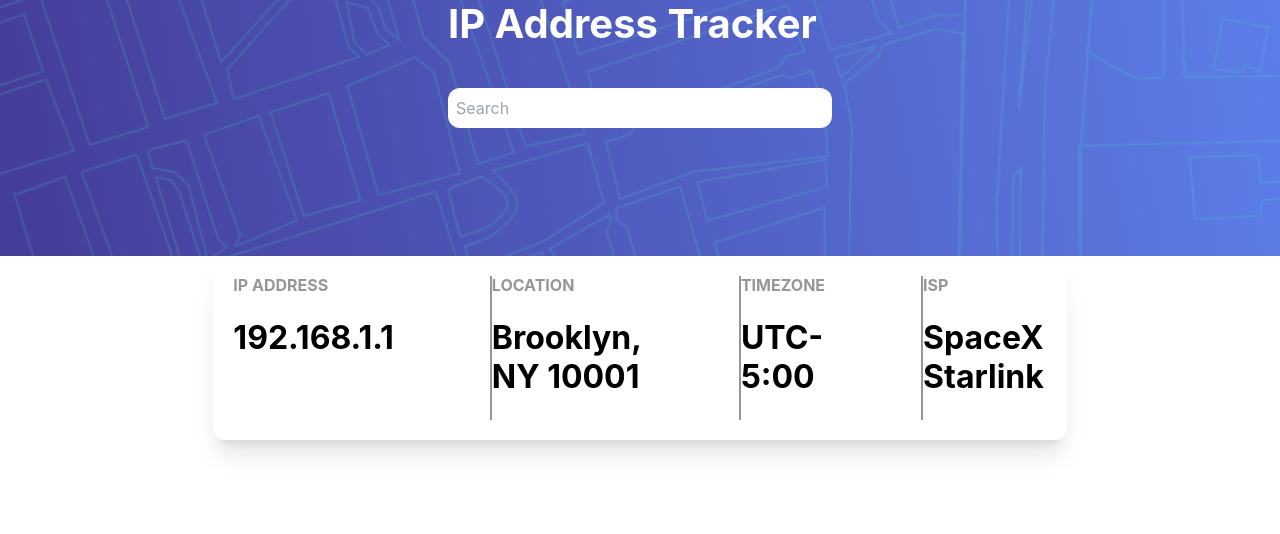
Repository: Dealsy/IP-Tracker
Page: /
An editor plug-in stored every save of this project. The page is shown before and after the next save, followed by the edit.
The browser window is 1280 px wide. The pictures show the whole page.
The project was rebuilt for these pictures with package versions that can differ from the ones it lists, and the page was loaded fresh each time. The framework's server and built-in components were replaced by stand-ins that run in the browser. Also part of the build but not shown: next.config.js.

Above is the page before, as saved 2022-04-21 21:57:34.

### pages/index.js
import Head from "next/head";

export default function Home() {
  return (
    <div>
      <Head>
        <title>Create Next App</title>
        <meta name="description" content="Generated by create next app" />
        <link rel="icon" href="/favicon.ico" />
      </Head>

      <main>
        <div className="bg-Backdrop h-64 bg-no-repeat	 bg-cover">
          <h1 className="text-white w-96 m-auto">IP Address Tracker</h1>
          <div className="w-96 m-auto">
            <input
              className="p-2 w-96 mt-10 rounded-xl"
              type="search"
              placeholder="Search"
            />
          </div>
        </div>

        <div className="flex flex-row justify-evenly border-0 shadow-xl w-4/6 m-auto rounded-xl p-5">
          <div className=" border-r-2 border-Gray pr-24">
            <h3>IP ADDRESS</h3>
            <h2> 192.168.1.1 </h2>
          </div>
          <div className=" border-r-2 border-Gray pr-24">
            <h3> LOCATION </h3>
            <h2> Brooklyn, NY 10001 </h2>
          </div>
          <div className=" border-r-2 border-Gray pr-24">
            <h3>TIMEZONE</h3>
            <h2> UTC-5:00 </h2>
          </div>
          <div>
            <h3>ISP</h3>
            <h2>SpaceX Starlink</h2>
          </div>
        </div>
      </main>

      <footer></footer>
    </div>
  );
}

### styles/globals.css
@tailwind base;
@tailwind components;
@tailwind utilities;


h1 {
  font-size: 2.5rem;
  font-weight: 700;
  line-height: 1.2;
  margin-bottom: 1.5rem;
}

h2 {
  font-size: 2rem;
  font-weight: 700;
  line-height: 1.2;
  margin-bottom: 1.5rem;
}

h3 {
  font-size: 1rem;
  font-weight: 700;
  line-height: 1.2;
  margin-bottom: 1.5rem;
  color: #969696;
}


html,
body {
  padding: 0;
  margin: 0;
  font-family: -apple-system, BlinkMacSystemFont, Segoe UI, Roboto, Oxygen,
    Ubuntu, Cantarell, Fira Sans, Droid Sans, Helvetica Neue, sans-serif;
}

a {
  color: inherit;
  text-decoration: none;
}

* {
  box-sizing: border-box;
}

### tailwind.config.js
module.exports = {
  content: [
    "./pages/**/*.{js,ts,jsx,tsx}",
    "./components/**/*.{js,ts,jsx,tsx}",
  ],
  theme: {
    extend: {
      colors: {
        "Dark-Gray": "#2b2b2b",
        Gray: "#969696",
      },
      backgroundImage: {
        Backdrop: "url('../images/pattern-bg.png')",
      },
    },
  },
  plugins: [],
};

Loaded but not shown: pages/_app.js (common file)

After the next save:
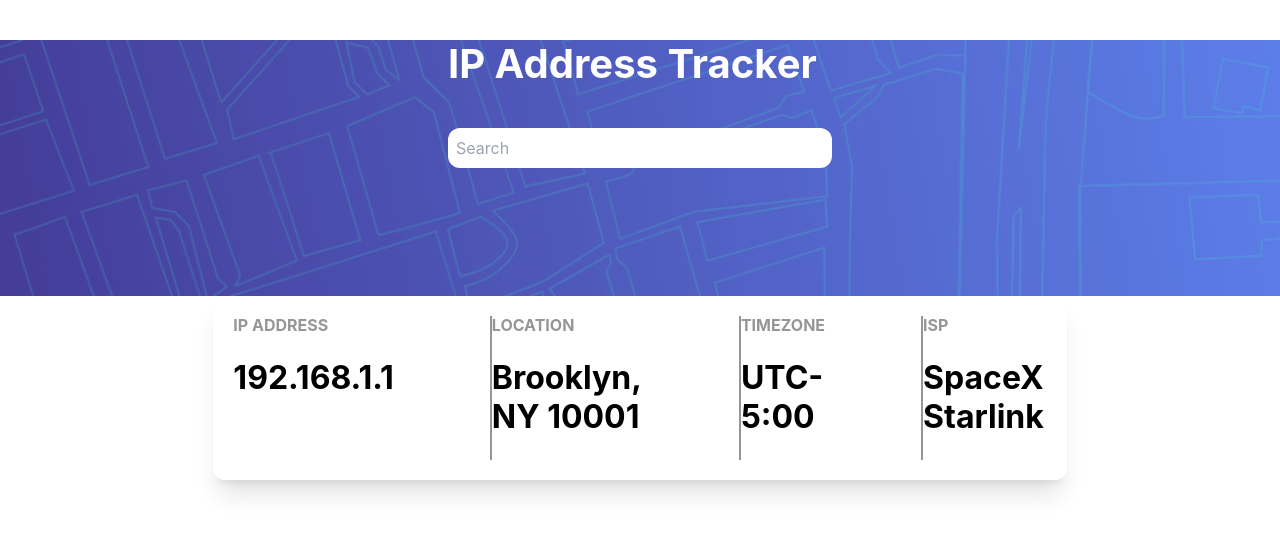
Saved 3 min 6 s later.
--- a/pages/index.js
+++ b/pages/index.js
@@ -11,7 +11,7 @@
 
       <main>
         <div className="bg-Backdrop h-64 bg-no-repeat	 bg-cover">
-          <h1 className="text-white w-96 m-auto">IP Address Tracker</h1>
+          <h1 className="text-white w-96 m-auto mt-10">IP Address Tracker</h1>
           <div className="w-96 m-auto">
             <input
               className="p-2 w-96 mt-10 rounded-xl"

After the save that followed:
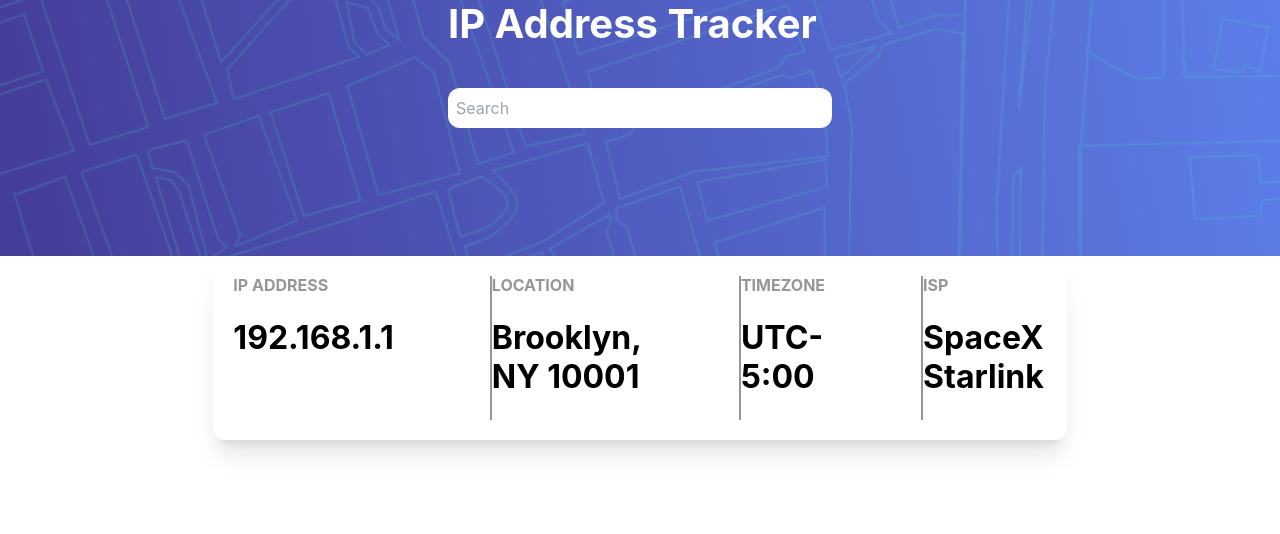
Saved 14 s later.
--- a/pages/index.js
+++ b/pages/index.js
@@ -11,7 +11,7 @@
 
       <main>
         <div className="bg-Backdrop h-64 bg-no-repeat	 bg-cover">
-          <h1 className="text-white w-96 m-auto mt-10">IP Address Tracker</h1>
+          <h1 className="text-white w-96 m-auto ">IP Address Tracker</h1>
           <div className="w-96 m-auto">
             <input
               className="p-2 w-96 mt-10 rounded-xl"
